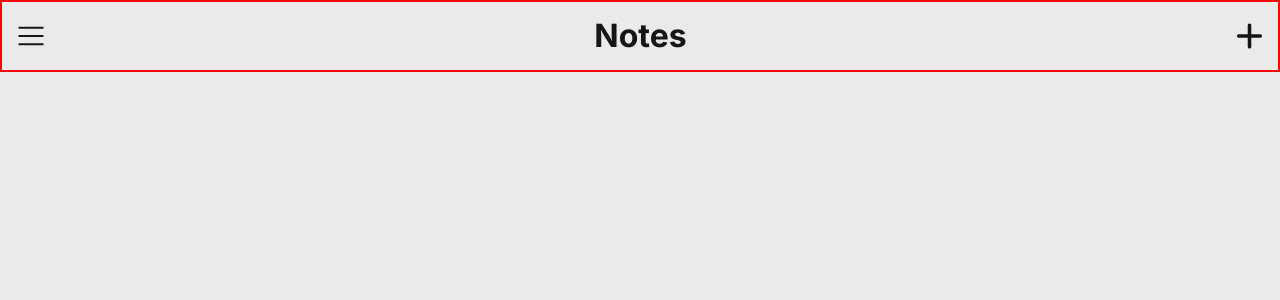
Repository: IdaHolmen/notes
Page: index.html
An editor plug-in stored every save of this project. The page is shown before and after the next save, followed by the edit.
The browser window is 1280 px wide. The pictures show the whole page.

Above is the page before, as saved 2024-10-26 17:09:39.

### index.html
<!DOCTYPE html>
<html lang="en">
    <head>
        <meta charset="UTF-8" />
        <meta name="viewport" content="width=device-width, initial-scale=1.0" />
        <title>Notes</title>

        <link rel="stylesheet" href="./css/reset.css" />
        <link rel="stylesheet" href="./css/style.css" />
    </head>
    <body>
        <header class="notes-header">
            <button class="hamburger-button">
                <img src="./assets/hamburger.svg" alt="Hamburger menu" class="hamburger-image" />
            </button>
            <h1 id="headline">Notes</h1>
            <button class="add-notes-button">
                <img src="./assets/plus.svg" alt="A plus sign" class="add-notes-image" />
            </button>
        </header>

        <main class="main-container"></main>
        <script src="app.js"></script>
    </body>
</html>

### css/reset.css
*, *::before, *::after {
	box-sizing: border-box;
  }

* {
	margin: 0;
	padding: 0;
}

body {
	line-height: 1.5;
	-webkit-font-smoothing: antialiased;
}

img, picture, video, canvas, svg {
	display: block;
	max-width: 100%;
}

input, textarea, select {
	font: inherit;
}

p, h1, h2, h3, h4, h5, h6 {
	overflow-wrap: break-word;
}

#root, #__next {
	isolation: isolate;
}

button {
	font: inherit;
	background: transparent;
	border: none;
	cursor: pointer;
	touch-action: manipulation;
}

a {
	color: inherit;
	text-decoration: none;
}

### css/style.css
@import url('https://fonts.googleapis.com/css2?family=Inter:ital,opsz,wght@0,14..32,100..900;1,14..32,100..900&display=swap');

:root {
    --primary-color: #ebeaea;
    --secondary-color: #171515;
    --dark-card-color: #3c3c3c;
    --light-card-color: #f0edc7;
}

body {
    width: 100%;
    height: 100vh;
    background-color: var(--primary-color);
    color: var(--secondary-color);
    font-family: 'Inter';
}

.notes-header {
    width: 100%;
    height: 10%;
    border: 2px solid red;
    display: flex;
    flex-direction: row;
    align-items: center;
    justify-content: space-between;
    padding: 2rem 1rem;
}

.main-container {
    width: 100%;
    height: 90%;
}

Loaded but not shown: app.js (no stored copy; drawn as an empty file)

After the next save:
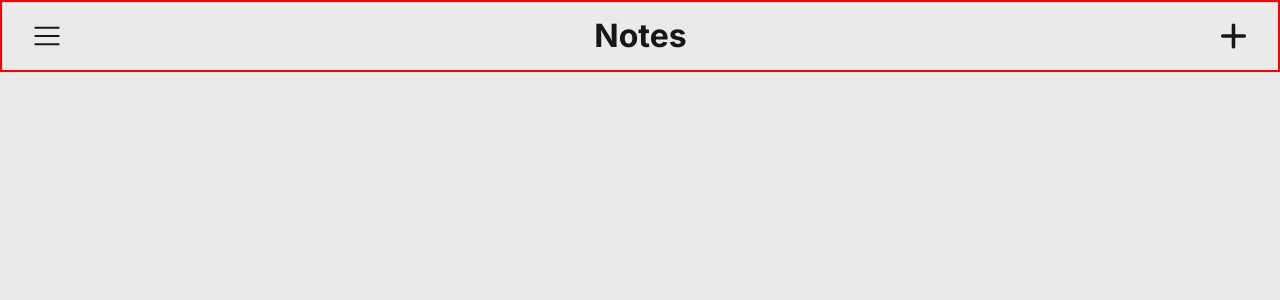
Saved 11 s later.
--- a/css/style.css
+++ b/css/style.css
@@ -23,7 +23,7 @@ body {
     flex-direction: row;
     align-items: center;
     justify-content: space-between;
-    padding: 2rem 1rem;
+    padding: 1rem 2rem;
 }
 
 .main-container {
